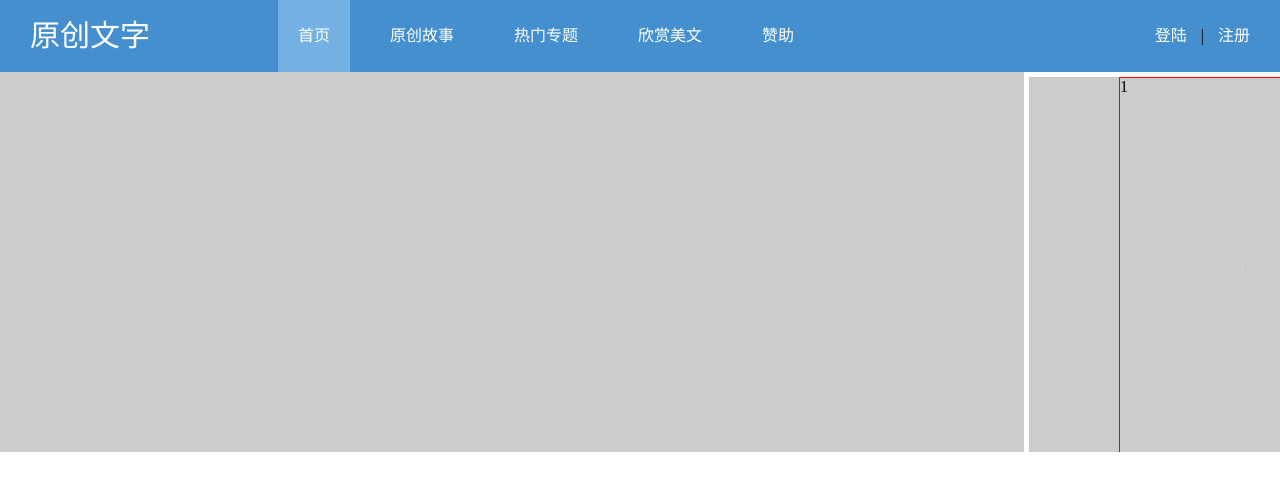
Repository: equation-zheng/Article
Page: http://localhost/Idles/
These files come from the project's save history. The page is drawn as it stood at one moment and after the next save; the edit follows.
The browser window is 1280 px wide. The pictures show the whole page.
The page is served by Tomcat 9.

Above is the page before, as saved 2017-12-06 02:43:07.

After the next save:
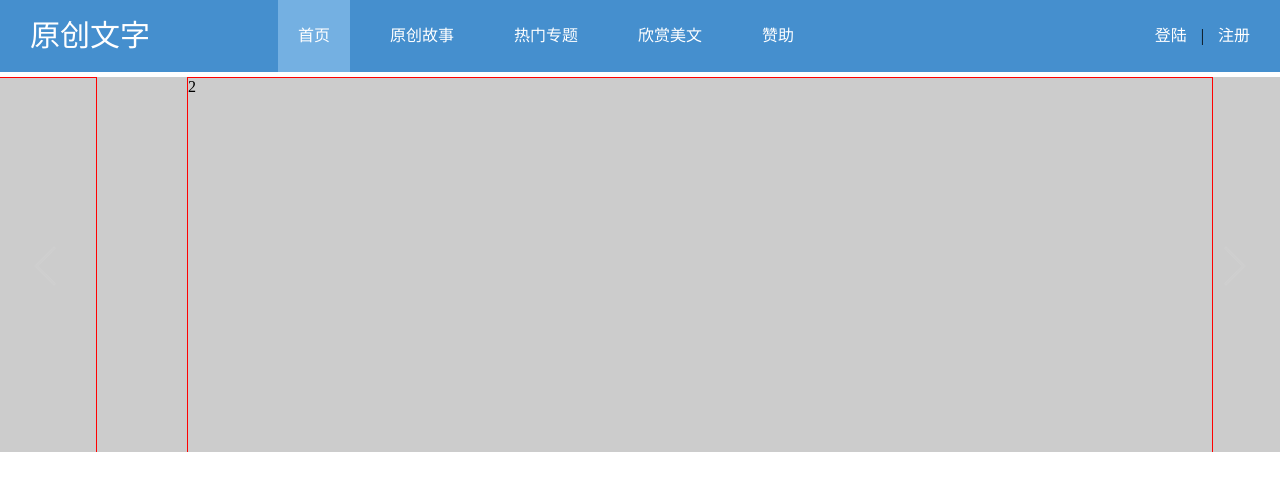
Saved 4 s later.
--- a/Service/apache-tomcat-7.0.82/Idles/WebContent/index.jsp
+++ b/Service/apache-tomcat-7.0.82/Idles/WebContent/index.jsp
@@ -70,7 +70,7 @@
 		height: 380px;
 		width: 5120px;
 		border: solid 5px #fff;
-		margin-left: 1024px;
+		margin-left: -1024px;
 	}
 	.banner ul li {
 		height: 380px;
